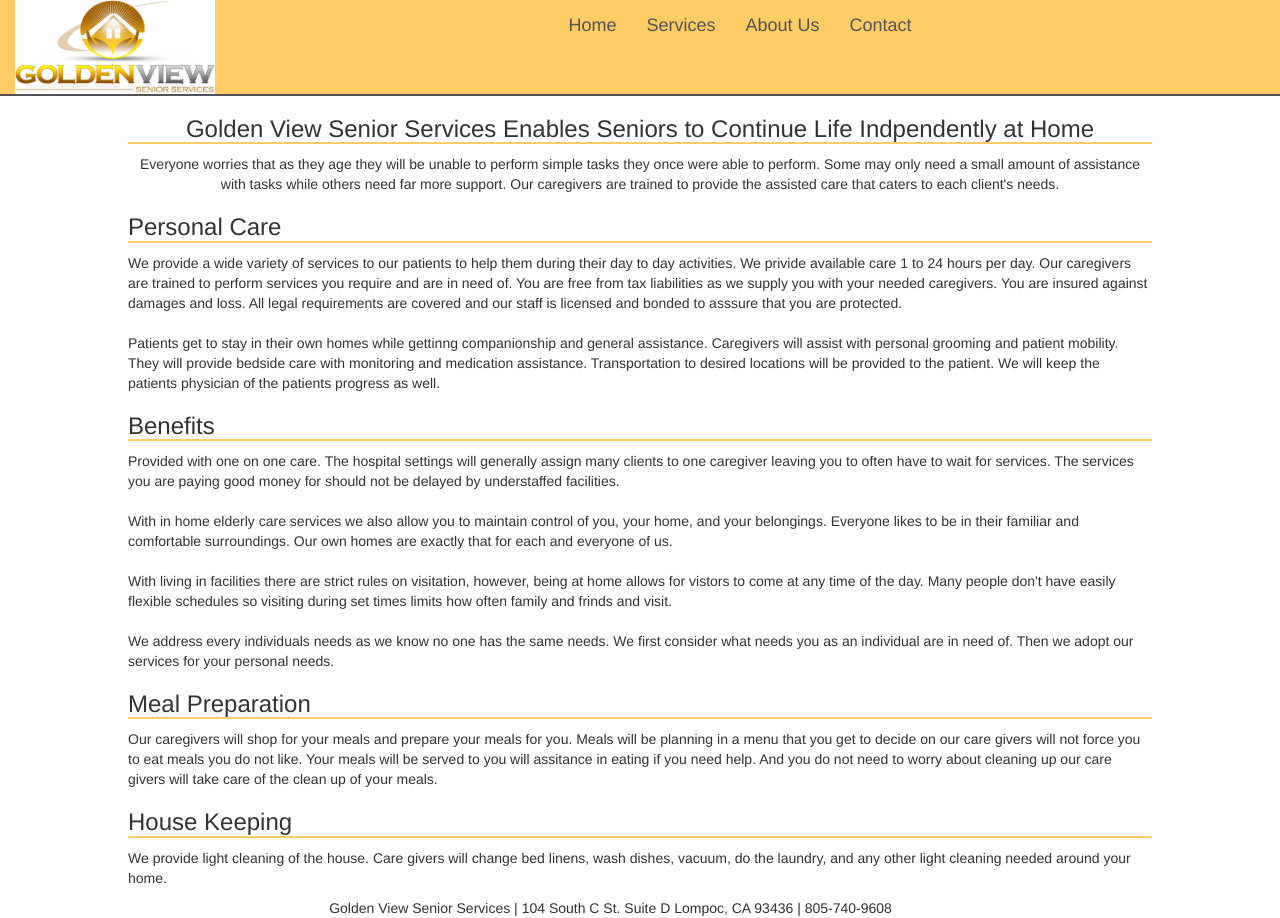
Repository: alprusa/GoldenViewWebsiteMockup
Page: GoldenViewWebsite/services/index.html
These files come from the project's save history. The page is drawn as it stood at one moment and after the next save; the edit follows.
The browser window is 1280 px wide. The pictures show the whole page.

Above is the page before, as saved 2016-10-20 11:14:01.

### GoldenViewWebsite/services/index.html
<!DOCTYPE html>
<html lang="en">
	<head>
		<meta charset="utf-8">

		<!-- Always force latest IE rendering engine (even in intranet) & Chrome Frame
		Remove this if you use the .htaccess -->
		<meta http-equiv="X-UA-Compatible" content="IE=edge,chrome=1">

		<title>Services</title>
		<meta name="description" content="">
		<meta name="author" content="Alisa Prusa">

		<meta name="viewport" content="width=device-width; initial-scale=1.0">

		<!-- Replace favicon.ico & apple-touch-icon.png in the root of your domain and delete these references -->
		<link rel="shortcut icon" href="/favicon.ico">
		<link rel="apple-touch-icon" href="/apple-touch-icon.png">

		<link href="../defaultStyle.css" rel="stylesheet" type="text/css">
		<link rel="stylesheet" href="../bootstrap/css/bootstrap.min.css">
	</head>

	<body>
		<div id="mainNav">
			<!--Navbar html section-->
			<nav class="navbar navbar-static-top" role="navigation">
                <div class="container-fluid">

                    <div class="navbar-header">
                        <!--Logo image button to go make to main page-->
                        <a href="../"><img src="../img/goldenViewLogo.jpg" class="img-responsive" id="logo"/></a>

                        <!--Button that is created for menu when screen size reaches a certain limit-->
                        <button type="button" class="navbar-toggle" data-toggle="collapse" data-target=".navbar-collapse">
                            <span class="icon-bar"></span>
                            <span class="icon-bar"></span>
                            <span class="icon-bar"></span>
                        </button>
                    </div>

                    <!--Buttons to go to different pages of the website-->
                    <div class="collapse navbar-collapse" id="navItems">
                        <ul class="nav navbar-nav">
                            <li><a href="../">Home</a></li>
							<li><a href="../services/">Services</a></li>
							<li><a href="../about/">About Us</a></li>
							<li><a href="../contact/">Contact</a></li>
                        </ul>
                    </div>
                </div>
             </nav>

 			<!--Main text field-->
 			<div id="containerText">
 				<!--Header text-->
 				<div style="text-align: center;">
	 				<h3>Golden View Senior Services Enables Seniors to Continue Life Indpendently at Home</h3>
	 				<p>Everyone worries that as they age they will be unable to perform simple tasks they once were able to
	 					perform. Some may only need a small amount of assistance with tasks while others need far more
	 					support. Our caregivers are trained to provide the assisted care that caters to each client's
	 					needs.</p>
	 			</div>

	 			<!--Services text section 1-->
	 			<div>
	 				<h3>Personal Care</h3>
	 				<p>We provide a wide variety of services to our patients to help them during their day to day activities.
	 					We privide available care 1 to 24 hours per day. Our caregivers are trained to perform services you
	 					require and are in need of. You are free from tax liabilities as we supply you with your needed
	 					caregivers. You are insured against damages and loss. All legal requirements are covered and our
	 					staff is licensed and bonded to asssure that you are protected.
	 					<br>
	 					<br>Patients get to stay in their own homes while gettinng companionship and general assistance.
	 					Caregivers will assist with personal grooming and patient mobility. They will provide bedside care
	 					with monitoring and medication assistance. Transportation to desired locations will be provided to
	 					the patient. We will keep the patients physician of the patients progress as well.</p>
	 			</div>

	 			<!--Services text section 2-->
	 			<div>
	 				<h3 name="Benefits">Benefits</h3>
	 				<p>Provided with one on one care. The hospital settings will generally assign many clients to one
	 					caregiver leaving you to often have to wait for services. The services you are paying good money
	 					for should not be delayed by understaffed facilities.
	 					<br>
	 					<br>With in home elderly care services we also allow you to maintain control of you, your home, and
	 					your belongings. Everyone likes to be in their familiar and comfortable surroundings. Our own homes
	 					are exactly that for each and everyone of us.
	 					<br>
	 					<br>With living in facilities there are strict rules on visitation, however, being at home allows for
	 					vistors to come at any time of the day. Many people don't have easily flexible schedules so visiting
	 					during set times limits how often family and frinds and visit.
	 					<br>
	 					<br>We address every individuals needs as we know no one has the same needs. We first consider what
	 					needs you as an individual are in need of. Then we adopt our services for your personal needs.</p>
	 			</div>

	 			<!--Services text section 3-->
	 			<div>
	 				<h3>Meal Preparation</h3>
	 				<p>Our caregivers will shop for your meals and prepare your meals for you. Meals will be planning in a
	 					menu that you get to decide on our care givers will not force you to eat meals you do not like. Your
	 					meals will be served to you will assitance in eating if you need help. And you do not need to worry
	 					about cleaning up our care givers will take care of the clean up of your meals.</p>
	 			</div>

	 			<!--Services text section 4-->
	 			<div>
	 				<h3>House Keeping</h3>
	 				<p>We provide light cleaning of the house. Care givers will change bed linens, wash dishes, vacuum, do
	 					the laundry, and any other light cleaning needed around your home.</p>
	 			</div>
 			</div>

			<!--Footer section-->
             <footer id="footer">
				<p style="text-align: center;">
					Golden View Senior Services | 104 South C St. Suite D Lompoc, CA 93436 | 805-740-9608
				</p>
			</footer>
        </div>

		<script src="../jquery-1.2.0.js"></script>
    	<script src="../bootstrap/js/bootstrap.min.js"></script>
	</body>
</html>

### GoldenViewWebsite/defaultStyle.css
body{
	color: white;
}

h3{
	border-bottom: 2px solid #ffcc66;
}

a{
	margin: 0 auto;
	font-size: 18px;
	color: #535353 !important;
}

/*make it so the logo home page button does not have the hover effect that the other buttons have*/
a:hover,
a:focus{
    text-decoration: underline !important;
	color:#535353 !important;
	text-decoration-color: #535353 !important;
}

mark{
	background-color: rgba(255, 204, 102, 0.5) !important;
	color: #535353 !important;
	border-radius: 5%;
}

/*navigation bar css content*/
nav{
	border-bottom: 2px #535353 solid !important;
}

.navbar-collapse { border-color: rgba(83, 83, 83, 0.3) !important; }

#mainNav{
    top: 1%;
    width: 100%;
    height: 50px;
    float:center;
}

.navbar{
    background-color: #ffcc66 !important;
    text-align: center;
    float:center;
    color: #901389;
    margin: 0 auto !important;
}

.navbar .navbar-nav {
  display: inline-block;
  float: none;
  vertical-align: top;
}

.navbar .navbar-collapse {
  text-align: center;
}

.navbar .navbar-toggle .icon-bar{
  background-color: #535353 !important;
}

.navbar .navbar-toggle{
  border-color: #535353 !important;
}

/*content inside the navigation bar*/

#navItems a:hover,
#navItems a:focus{
    background-color: #ffcc66 !important;
}

#logo{
	margin: 0 auto;
    width:200px;
}

#logoP{
	float:left;
	padding-top: 5px;
	padding-left: 5px;
}

#topInfo{
	float: right;
	text-align: center;
	margin: auto;
	color:black;
	padding: 40px;
	padding-bottom: 5px;
	font-size: 10px;
}

#careOuter{
	float: right;
	padding-right: 10px;
}

#careInner{
	float: left;
	padding-left: 10px;
}

/*carousel css content8*/
.carousel-control{
    margin: 0 auto;
}

.carouselItems{
    margin: 0 auto;
    float:  center;
    width: 400px;
    height: 140px;
}

.carousel-indicators{
	top:90%;
}

.carousel-caption{
	top:57%;
}

.carouselText{
	background-color: rgba(83, 83, 83, 0.5) !important;
	color: #ffcc66 !important;
	border-radius: 5%;
}

/*three column text*/
#columnData{
	margin: 0 auto;
    float:  center;
    width: 70%;
    margin-bottom: 5px;
}

.dataList{
	border-right: 2px #ffcc66 solid;
}

.spaceList{
	margin: 0 auto;
	padding-left: 3px;
	padding-right: 3px;
}

#caringTextOverlay{
	position: absolute;
	margin-top: 20px;
	margin-left: 10px;
	z-index: 10000;
	padding: 5px;
	background-color: rgba(83, 83, 83, 0.7) !important;
	color: white !important;
	border-radius: 5%;
}

#containerText{
	margin: 0 auto;
	float:center;
	width: 80%;
}

.swoosh{
    position: absolute; /* Stay in place */
    z-index: -1000; /* Sit on bottom */
   	opacity: 0.7;
}

#cardImg{
	margin: auto;
	width: 100%;
}

/*footer content*/
#footer{
	margin: 0 auto;
	background-color:#FFFFFF;
	text-align: center;
	padding-right: 5%;
	padding-left: 5px;
}

#navFooter{
	margin: 0 auto;
	background-color: #ffcc66 !important;
	list-style-type: none;
	text-align: center;
	border-top: 2px #535353 solid;
	border-bottom: 2px #535353 solid;
	padding-right: 8%;
}

#navFooter li{
	margin: auto;
	display: inline;
	padding: 8px;
}

#logoBottom{
	margin: auto;
    width: 100px;
    border: 2px #ffcc66 solid;
}

#navUl{
	padding-left: 120px;
}

@media (max-width: 600px){
	.carouselItems{
		width: 200px;
    	height: 70px;
	}
}

@media (max-width: 800px){
	#navUl{
		padding-left:0px;
		margin: auto;
	}
}

@media (min-width: 1000px){
	#cardImg{
		width: 60%;
	}
}

@media (max-width: 400px){
	.swoosh{
	    width: 50%;
	    height: 50%;
	}

	a{
		font-size: 12px;
	}
}

Loaded but not shown: GoldenViewWebsite/bootstrap/css/bootstrap.min.css (library); GoldenViewWebsite/jquery-1.2.0.js (library); GoldenViewWebsite/bootstrap/js/bootstrap.min.js (library)

After the next save:
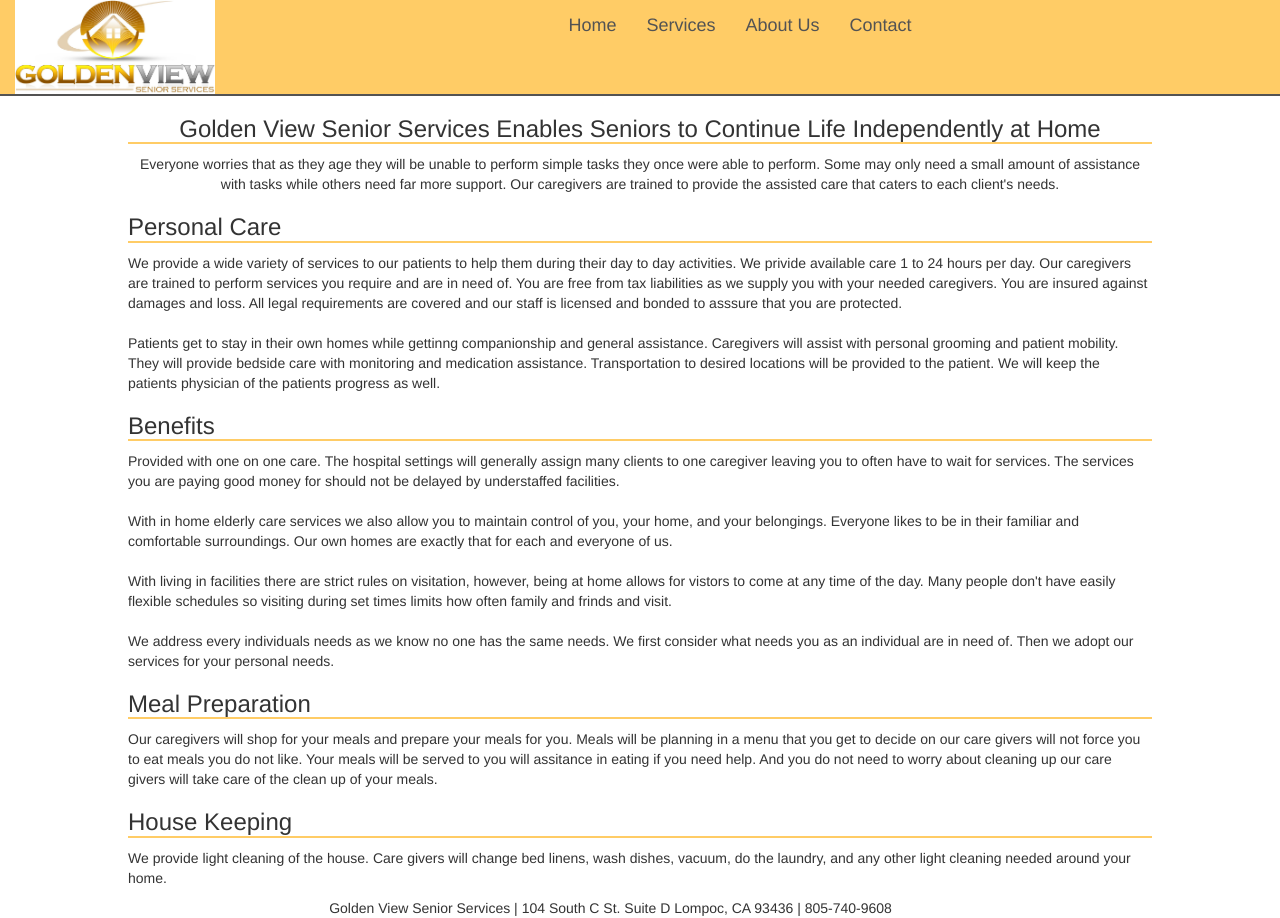
Saved 8 min 56 s later.
--- a/GoldenViewWebsite/services/index.html
+++ b/GoldenViewWebsite/services/index.html
@@ -55,7 +55,7 @@
  			<div id="containerText">
  				<!--Header text-->
  				<div style="text-align: center;">
-	 				<h3>Golden View Senior Services Enables Seniors to Continue Life Indpendently at Home</h3>
+	 				<h3 style="text-decoration: none;">Golden View Senior Services Enables Seniors to Continue Life Independently at Home</h3>
 	 				<p>Everyone worries that as they age they will be unable to perform simple tasks they once were able to
 	 					perform. Some may only need a small amount of assistance with tasks while others need far more
 	 					support. Our caregivers are trained to provide the assisted care that caters to each client's
